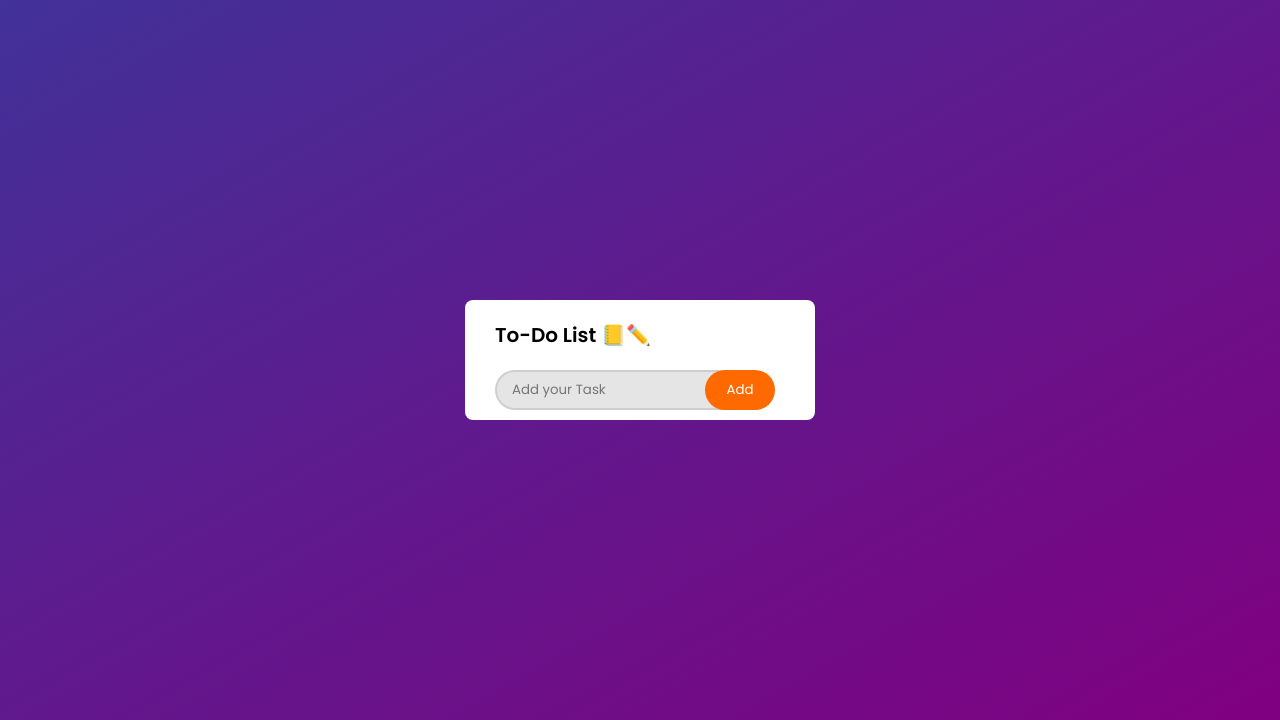
Repository: Ankitkr2021/To-Do-List
Page: index.html
An editor plug-in stored every save of this project. The page is shown before and after the next save, followed by the edit.
The browser window is 1280 px wide. The pictures show the whole page.

Above is the page before, as saved 2025-10-03 12:26:41.

After the next save:
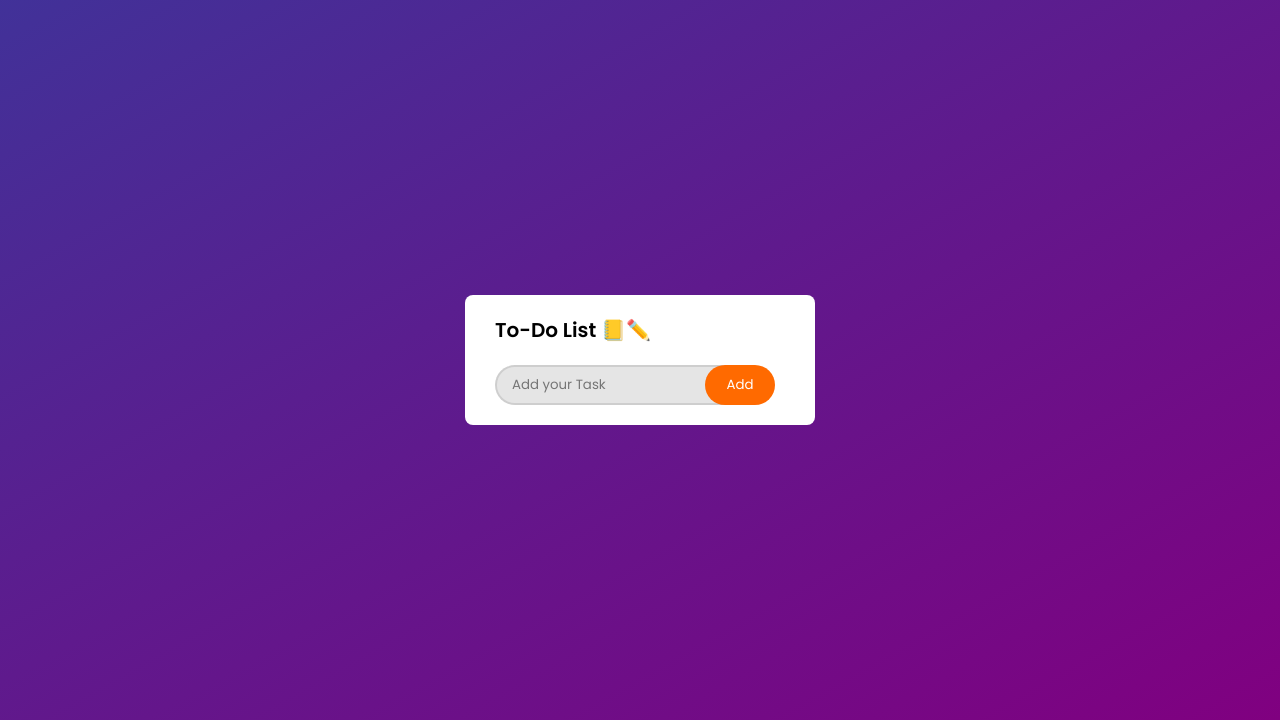
Saved 4 s later.
--- a/style.css
+++ b/style.css
@@ -32,7 +32,7 @@ body{
 
 .task {
     /* background: #000; */
-    padding: 0 30px 10px;
+    padding: 0 30px 20px;
     position: relative;
 }
 
